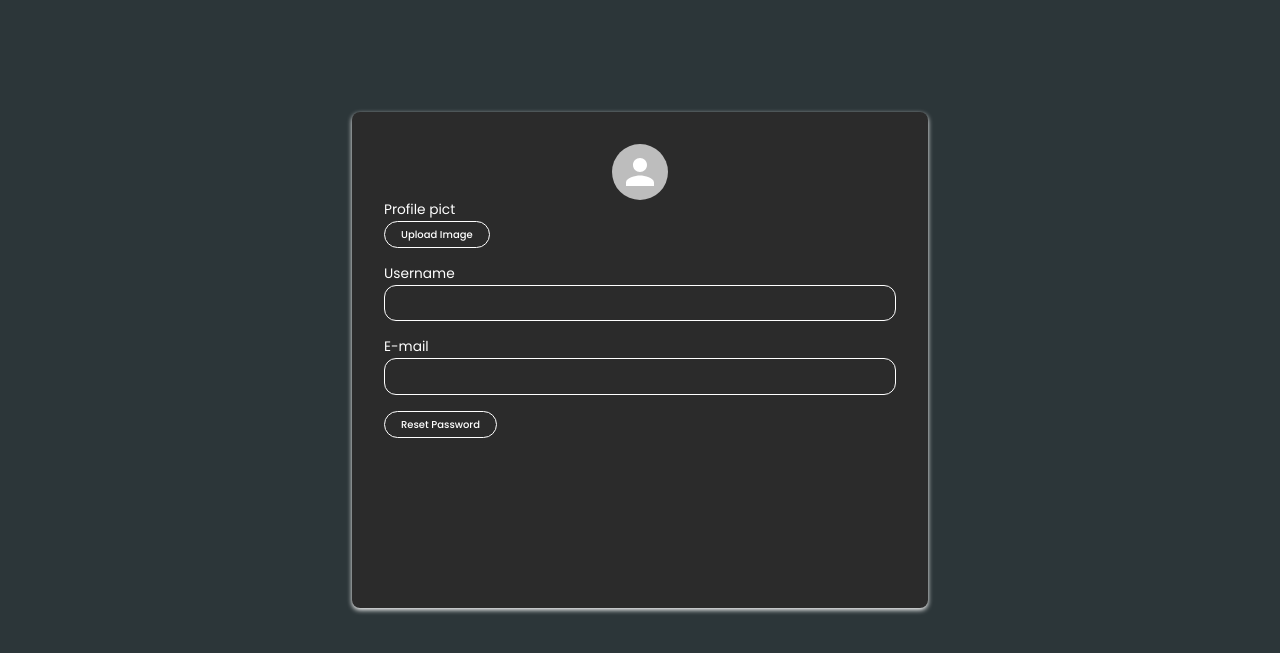
Repository: IzzaSuni/Izza-ToDo
Page: /publicNote/Private/profile
These files come from the project's save history. The page is drawn as it stood at one moment and after the next save; the edit follows.
The browser window is 1280 px wide. The pictures show the whole page.
Some web libraries are served in a nearby version. The project was rebuilt for these pictures with package versions that can differ from the ones it lists, and the page was loaded fresh each time. Also part of the build but not shown: src/App.css, src/services.js, src/components/List.js, src/components/Filter.js, src/components/ohayo.js, src/utils/Query.js, src/components/navbar.js, src/components/MainPage.js and 4 more.

Above is the page before, as saved 2022-08-23 22:53:40.

### public/index.html
<!DOCTYPE html>
<html lang="en">
  <head>
    <meta charset="utf-8" />
    <link rel="icon" href="%PUBLIC_URL%/AKU.svg" />
    <meta name="viewport" content="width=device-width, initial-scale=1" />
    <meta name="theme-color" content="#000000" />
    <meta name="description" />
    <link rel="apple-touch-icon" href="%PUBLIC_URL%/logo192.png" />
    <script src="https://kit.fontawesome.com/a076d05399.js" crossorigin="anonymous"></script>
    <!--
      manifest.json provides metadata used when your web app is installed on a
      user's mobile device or desktop. See https://developers.google.com/web/fundamentals/web-app-manifest/
    -->
    <link rel="manifest" href="%PUBLIC_URL%/manifest.json" />
    <!--
      Notice the use of %PUBLIC_URL% in the tags above.
      It will be replaced with the URL of the `public` folder during the build.
      Only files inside the `public` folder can be referenced from the HTML.

      Unlike "/favicon.ico" or "favicon.ico", "%PUBLIC_URL%/favicon.ico" will
      work correctly both with client-side routing and a non-root public URL.
      Learn how to configure a non-root public URL by running `npm run build`.
    -->
    <title>My Notes</title>
  </head>
  <body>
    <noscript>You need to enable JavaScript to run this app.</noscript>
    <div id="root"></div>
    <!--
      This HTML file is a template.
      If you open it directly in the browser, you will see an empty page.

      You can add webfonts, meta tags, or analytics to this file.
      The build step will place the bundled scripts into the <body> tag.

      To begin the development, run `npm start` or `yarn start`.
      To create a production bundle, use `npm run build` or `yarn build`.
    -->
  </body>
</html>

### src/index.js
import React from "react";
import ReactDOM from "react-dom/client";
import "./index.css";
import App from "./App";
import reportWebVitals from "./reportWebVitals";
import { ThemeProvider } from "@mui/material";
import Theme from "./utils/Theme";
const root = ReactDOM.createRoot(document.getElementById("root"));
root.render(
  <ThemeProvider theme={Theme}>
    <React.StrictMode>
      <App />
    </React.StrictMode>
  </ThemeProvider>
);

// If you want to start measuring performance in your app, pass a function
// to log results (for example: reportWebVitals(console.log))
// or send to an analytics endpoint. Learn more: https://bit.ly/CRA-vitals
reportWebVitals();

### src/index.css
@import url("https://fonts.googleapis.com/css2?family=Poppins:ital,wght@0,100;0,200;0,300;0,400;0,500;0,600;0,700;0,800;0,900;1,100;1,200;1,300;1,400;1,500;1,600;1,700;1,800;1,900&display=swap");
body {
  margin: 0;
  font-family: "Poppins", -apple-system, BlinkMacSystemFont, "Segoe UI",
    "Roboto", "Oxygen", "Ubuntu", "Cantarell", "Fira Sans", "Droid Sans",
    "Helvetica Neue", sans-serif;
  -webkit-font-smoothing: antialiased;
  -moz-osx-font-smoothing: grayscale;
  font-smooth: antialiased;
  box-sizing: border-box;
  background-color: #2c3639;
}
button[type="button"] {
  font-size: 10px;
}
svg {
  font-size: 16px !important;
}
code {
  font-family: source-code-pro, Menlo, Monaco, Consolas, "Courier New",
    monospace;
}
#cok:focus-within {
  box-shadow: 0px 1px 0px rgba(0, 0, 0, 0.555);
  transition: all 0.2s;
}
#cok,
#edit {
  box-shadow: 0px;
  transition: all 0.6s;
}
input {
  color: white !important;
  font-family: poppins;
}
textarea {
  color: white !important;
  font-family: poppins;
}
input:-webkit-autofill,
input:-webkit-autofill:hover,
input:-webkit-autofill:focus,
input:-webkit-autofill:active {
  -webkit-box-shadow: 0 0 0 30px #e7f6f2 inset !important;
  box-shadow: 0 0 0 30px #e7f6f2 inset !important;
}
input:disabled {
  -webkit-text-fill-color: black !important;
}
textarea:disabled {
  -webkit-text-fill-color: black !important;
}
#edit:focus-visible {
  box-shadow: 0px 1px 0px rgba(0, 0, 0, 0.555);
  transition: all 0.2s;
}
input#searchBar {
  padding: 4px 8px;
}

.grid {
  display: grid;
  gap: 10px;
  grid-template-columns: repeat(auto-fill, minmax(120px, 1fr));
  grid-template-rows: masonry;
}

.my-masonry-grid {
  display: -webkit-box; /* Not needed if autoprefixing */
  display: -ms-flexbox; /* Not needed if autoprefixing */
  display: flex;
  width: auto;
}
.my-masonry-grid_column {
  /* padding-left: 5px; gutter size */
  background-clip: padding-box;
}

/* Style your items */
.my-masonry-grid_column > div {
  /* change div to reference your elements you put in <Masonry> */
  margin-bottom: 10px;
}

::-webkit-scrollbar {
  width: 6px;
  height: 2px;
}

::-webkit-scrollbar-track {
  box-shadow: inset 0 0 10px transparent;
  border-radius: 10px;
}

/* Handle */
::-webkit-scrollbar-thumb {
  border: 2px solid rgba(0, 0, 0, 0);
  background-clip: padding-box;
  border-radius: 10px;
  background-color: #303030;
}

.shadow {
  box-shadow: 0px 2px 5px white;
}
.MuiPopover-paper {
  background: #2b2b2b !important;
  box-shadow: 0px 2px 5px white !important;
}
#buttonUpload ~ div {
  display: none;
}
#halo:hover::after {
  color: white;
  z-index: 10;
  position: absolute;
  background-color: rgba(0, 0, 0, 0.466);
  height: 100%;
  width: 100%;
  display: flex;
  justify-content: center;
  align-items: center;
  font-family: "Font Awesome 5 Free";
  content: "\f304";
  vertical-align: middle;
  font-weight: 900;
}

/* responsive=============================================================================== */
#mainContainer {
  display: block;
  height: 100vh;
}
@media (max-width: 900px) {
  #mainForm {
    display: none;
  }
  #ohayoSmall {
    text-align: center;
    position: sticky;
    width: 100vw;
  }
  #ohayoBig {
    display: none;
  }

  #listForm {
    width: 100%;
  }
  #buttonAddNotes {
    position: sticky;
    bottom: 0;
    width: 100vw;
    height: 52px !important;
    text-align: center;
    border-radius: 16px 16px 0 0;
  }
}
@media (min-width: 900px) {
  #buttonAddNotes {
    display: none;
  }
  #mainContainer {
    display: block;
  }
  #ohayoSmall {
    display: none;
  }
}

#loginButton:hover {
  background: transparent !important;
}

### src/App.js
import "./App.css";
import Layout from "./components/Layout";
import MainPage from "./components/MainPage";
import { BrowserRouter as Router, Switch, Route } from "react-router-dom";
import Login from "./components/Login";
import CreateAccount from "./components/CreateAccount";
import MainPageLoged from "./components/MainPageLoged";
import Profile from "./components/Profile";

function App({}) {
  return (
    <div className="App">
      <Router>
        <Switch>
          <Route exact path="/publicNote">
            <Layout>
              <MainPage />
            </Layout>
          </Route>
          <Route path={"/login"}>
            <Layout>
              <Login />
            </Layout>
          </Route>
          <Route path={"/signUp"}>
            <Layout>
              <CreateAccount />
            </Layout>
          </Route>
          <Route exact path={"/publicNote/Private"}>
            <Layout>
              <MainPageLoged />
            </Layout>
          </Route>
          <Route exact path={"/publicNote/Private/profile"}>
            <Layout>
              <Profile />
            </Layout>
          </Route>
          <Route path="*">
            <main style={{ padding: "1rem" }}>
              <p>There's nothing here!</p>
            </main>
          </Route>
        </Switch>
      </Router>
    </div>
  );
}

export default App;

### src/utils/Theme.js
import { green } from "@mui/material/colors";
import { createTheme, ThemeProvider } from "@mui/material/styles";

export const background = "#FCE7E7";
export const Black = "#303030";
export const Green = "#E7F634";
export const Disable = "#97A8A8";

export const Screensize = {
  mobile: 0,
  tablet: 900,
  laptop: 1350,
  desktop: 1700,
};

export const colors = {
  background,
  Black,
  Green,
  Disable,
};
export const theme = createTheme({
  breakpoints: {
    values: {
      mobile: 0,
      tablet: 900,
      laptop: 1350,
      desktop: 1700,
    },
  },
  typography: {
    fontFamily: "Poppins",
    fontSize: 12,
    allVariants: {
      color: "white ",
    },
  },
  components: {
    MuiButton: {
      styleOverrides: {
        root: {
          textTransform: "none",
          fontFamily: "Poppins !important",
        },
      },
    },
  },
});

export default theme;

### src/components/Layout.js
import { Box } from "@mui/material";

const Layout = ({ children }) => {
  return (
    <Box
      height={"100vh"}
      width={`calc("100vw - 32px")`}
      display={"flex"}
      alignItems={"center "}
    >
      {children}
    </Box>
  );
};
export default Layout;

### src/components/Profile.js
import IsLogin from "../utils/isLogin";
import { makeStyles } from "@mui/styles";
import { Avatar, Box, Typography } from "@mui/material";
import Input from "./Input";
import { useState } from "react";
import { uploadImages } from "../services";

const useStyles = makeStyles({
  card: {
    height: "60vh",
    width: "40vw",
    background: "#2B2B2B",
    borderRadius: "8px",
    padding: "32px",
  },
  container: {
    height: "100vh",
    width: "100vw",
    display: "flex",
    justifyContent: "center",
    alignItems: "center",
  },
});

export default function Profile() {
  let objectURL;
  const [image, setImage] = useState();
  const { user, signed } = IsLogin();
  const classes = useStyles();

  const onChangeFile = (e) => {
    if (objectURL) {
      URL.revokeObjectURL(objectURL);
    }
    const file = e.target.files[0];
    objectURL = URL.createObjectURL(file);
    console.log(file);
    uploadImages({ images: file });
    return setImage(objectURL);
  };


  return (
    <>
      <Box className={classes.container}>
        <Box className={`${classes.card} shadow`}>
          <Box display="inline-flex" width='100%' justifyContent={'center'}>
            <div onClick={() => document.getElementById("uploadImg").click()}>
              <Avatar id="halo" sx={{ width: '56px', height: '56px' }} src={image ? image : user.picture}></Avatar>

            </div>
          </Box>
          <Box>
            <Box pb={2}>
              <Typography>Profile pict</Typography>
              <label htmlFor="uploadImg">
                <Input
                  type={"buttonCustom"}
                  id="buttonUpload"
                >
                  Upload Image
                </Input>
                <Input
                  id={"uploadImg"}
                  type="file"
                  inputType={"file"}
                  hdlChange={onChangeFile}
                />
              </label>
            </Box>
            <Box></Box>
            <Box pb={2}>
              <Typography>Username</Typography>
              <Input type="email" defVal={user.user} isdisabled={true} />
            </Box>
            <Typography>E-mail</Typography>
            <Input type="email" defVal={user.email} isdisabled />
            <Box pt={2}>
              <Input type="buttonCustom">Reset Password</Input>
            </Box>
          </Box>
        </Box>
      </Box>
    </>
  );
}

### src/components/Input.js
import { makeStyles } from "@mui/styles";
import {
  Box,
  Button,
  FormControl,
  InputAdornment,
  InputBase,
  InputLabel,
  MenuItem,
  Select,
  TextField,
  Typography,
} from "@mui/material";
//icons
import EditIcon from "@mui/icons-material/Edit";
import DeleteIcon from "@mui/icons-material/Delete";
import ClearIcon from "@mui/icons-material/Clear";
import DoneIcon from "@mui/icons-material/Done";
import { useState } from "react";
import { LoadingButton } from "@mui/lab";

const useStyles = makeStyles({
  paper: {
    height: "100%",
    width: "20%",
    background: "#E7F6F2 !important",
    borderRadius: "16px",
    overflow: "auto",
  },
  paperList: {
    height: "100%",
    width: "80%",
    flexWrap: "wrap",
    background: "#CEE5D0 !important",
    overflow: "auto",
  },
  Button: {
    "&.MuiButton-root": {
      textTransform: "none !important",
      color: "white",
      background: "transparent ",
      borderRadius: "32px",
      border: "1px solid white",
      padding: "4px 16px",
      "&:hover": {
        background: "#693737",
        color: "white ",
      },
      "&:active": {
        background: "#693737",
        color: "white ",
      },
      "& .MuiLoadingButton-loadingIndicator": {
        color: "white !important",
      },
      "&.Mui-disabled": {
        color: "rgba(255, 255, 255, 0.541)",
      },
    },
  },
  TextField: {
    "&:hover fieldset": {
      borderColor: "#100F0F !important",
      color: "white",
    },
    "& label.Mui-focused": {
      color: "white",
    },
    "& fieldset": {
      borderColor: "white !important",
    },
    "&.Mui-focused fieldset": {
      borderColor: "white !important",
    },
    "& .MuiOutlinedInput-root": {
      borderRadius: "12px !important",
      color: "white",
    },
  },
  TextFields: {
    "& .MuiInputBase-input": {
      padding: "0px !important",
      borderBottom: "1px white dashed !important",
      width: "100%",
    },
  },
  login: {
    "&:hover fieldset": {
      borderColor: "white !important",
    },
    "& label.Mui-focused": {
      color: "black",
    },
    "& fieldset": {
      borderColor: "white !important",
    },
    "&.Mui-focused fieldset": {
      borderColor: "white !important",
    },
    "& .MuiOutlinedInput-root": {
      borderRadius: "12px !important",
    },
  },
  form: {
    justifytitle: "space-between",
    width: ` 100% `,
    marginTop: "32px",
  },
  editForm: { width: "100%", display: "flex", padding: "0px 8px" },
  smallBox: {
    height: "10px",
    width: "10px",
    marginRight: "32px",
    borderRadius: "16px",
    paddingLeft: "16px",
    border: "1px dashed black",
  },
  Menu: {
    "&.MuiMenu-list": {
      background: "#2B2B2B",
      borderRadius: "12px",
      padding: "16px",
      width: "250px",
    },
    "& .MuiMenuItem-root": {
      padding: "0px",
    },
  },
});

export default function Input({
  type,
  hdlChange,
  children,
  defVal,
  hdlEdit,
  onClickBtn,
  className,
  label,
  inputType,
  loading,
  maxchar,
  isdisabled,
  icon,
  id,
}) {
  const [anchorEl, setAnchorEl] = useState(null);

  const renderButton = ({ value, type }) => {
    return type === "delete" ? (
      value.isedit ? (
        <>
          <DoneIcon />
        </>
      ) : (
        <>
          <DeleteIcon />
        </>
      )
    ) : value.isedit ? (
      <>
        <ClearIcon sx={{ ml: 1 }} />
      </>
    ) : (
      <>
        <EditIcon sx={{ ml: 1 }} />
      </>
    );
  };

  const classes = useStyles();
  const renderInput = () => {
    switch (type) {
      case "text":
        return (
          <TextField
            size={"small"}
            label={"Title"}
            placeholder="Type the title here"
            className={classes.TextField}
            required
            inputProps={{ maxLength: "20" }}
            sx={{ width: "100%", marginBottom: 3 }}
          />
        );
      case "email":
        return (
          <TextField
            size={"small"}
            defaultValue={defVal}
            id={id}
            label={label}
            placeholder={label}
            className={classes.login}
            type={inputType}
            inputProps={{ maxLength: maxchar }}
            InputProps={icon}
            disabled={isdisabled}
            sx={{
              width: "100%",
              marginBottom: 3,
              "&.MuiFormControl-root": {
                marginBottom: 0,
              },
              "& .Mui-focused": {
                color: "white !important",
              },
              "& .Mui-disabled": {
                WebkitTextFillColor: "rgb(255 255 255 / 40%) !important",
              },
            }}
            onChange={hdlChange}
          />
        );

      case "file":
        return (
          <TextField
            size={"small"}
            defaultValue={defVal}
            id={id}
            label={label}
            placeholder={label}
            className={classes.login}
            type={inputType}
            inputProps={{ accept: "image/*" }}
            InputProps={icon}
            disabled={isdisabled}
            sx={{
              width: "100%",
              marginBottom: 3,
              "&.MuiFormControl-root": {
                marginBottom: 0,
              },
              "& .Mui-focused": {
                color: "white !important",
              },
              "& .Mui-disabled": {
                WebkitTextFillColor: "rgb(255 255 255 / 40%) !important",
              },
            }}
            onChange={hdlChange}
          />
        );

      case "multiline":
        return (
          <TextField
            label={"Description"}
            size={"medium"}
            placeholder="Type the description here"
            className={classes.TextField}
            multiline
            sx={{ width: "100%", marginBottom: 3, borderRadius: 12 }}
          />
        );
      case "select":
        return (
          <FormControl
            fullWidth
            className={`${classes.TextField} `}
            sx={{
              marginBottom: "24px",
            }}
            id="kontol"
          >
            <InputLabel id="catLabel">Select Category</InputLabel>
            <Select
              id="catuu"
              label="Select Category"
              onChange={hdlChange}
              defaultChecked={false}
              required
              className={`${classes.Menu}`}
            >
              <MenuItem value={"Reminder"} disabled>
                Select a category
              </MenuItem>
              <MenuItem value={"Work"}>Work</MenuItem>
              <MenuItem value={"To do"}>To do</MenuItem>
              <MenuItem value={"Money"}>Money</MenuItem>
              <MenuItem value={"Reminder"}>Reminder</MenuItem>
              <MenuItem value={"Assignment"}>Task</MenuItem>
              <MenuItem value={"Study"}>Study</MenuItem>
            </Select>
          </FormControl>
        );

      case "button":
        return (
          <Button
            disableRipple
            type="submit"
            variant="contained"
            className={classes.Button}
            sx={className}
            id={id}
          >
            {children}
          </Button>
        );
      case "buttonLoading":
        return (
          <LoadingButton
            disableRipple
            type="submit"
            variant="contained"
            loading={loading}
            className={classes.Button}
            sx={className}
            disabled={isdisabled}
            loadingPosition="end"
          >
            {children}
          </LoadingButton>
        );
      case "buttonCustom":
        return (
          <Button
            disableRipple
            type="button"
            onClick={onClickBtn}
            className={`${classes.Button}`}
            id={id}
            style={className}
          >
            {children}
          </Button>
        );

      case "editTitle":
        return (
          <InputBase
            defaultValue={defVal.title}
            onChange={hdlEdit}
            className={classes.TextFields}
            disabled={defVal.isedit === true ? false : true}
            sx={{
              fontSize: "16px !important",
            }}
          />
        );
      case "editDesc":
        return (
          <InputBase
            sx={{
              width: "100%",
              padding: "0px !important",
              mt: 2,
              lineHeight: "18px",
            }}
            defaultValue={defVal.desc}
            onChange={hdlEdit}
            className={classes.TextFields}
            disabled={defVal.isedit === true ? false : true}
            multiline
          />
        );
      case "divider":
        return (
          <Box
            height={"1px"}
            width="100%"
            bgcolor={"#CEE5D0"}
            mx={2}
            variant="middle"
            alignSelf={"center "}
          />
        );
      default:
        break;
    }
  };
  return renderInput();
}

### src/utils/isLogin.js
import jwtDecode from "jwt-decode";
import Cookies from "universal-cookie";


const IsLogin = () => {
  const secret = process.env.REACT_APP_SECRET_TOKEN;
  const cookies = new Cookies();
  const bearer = cookies.get("akikToken");

  const signed = bearer ? jwtDecode(bearer).aud === secret : false;
  const user = bearer
    ? {
        user: jwtDecode(bearer).name,
        email: jwtDecode(bearer).email,
        isVerifiedEmail: jwtDecode(bearer).email_verified,
        userId: jwtDecode(bearer).user_id,
        picture: jwtDecode(bearer).picture,
      }
    : {};

  return { signed, user };
};

export default IsLogin;

Loaded but not shown: src/reportWebVitals.js (common file)

After the next save:
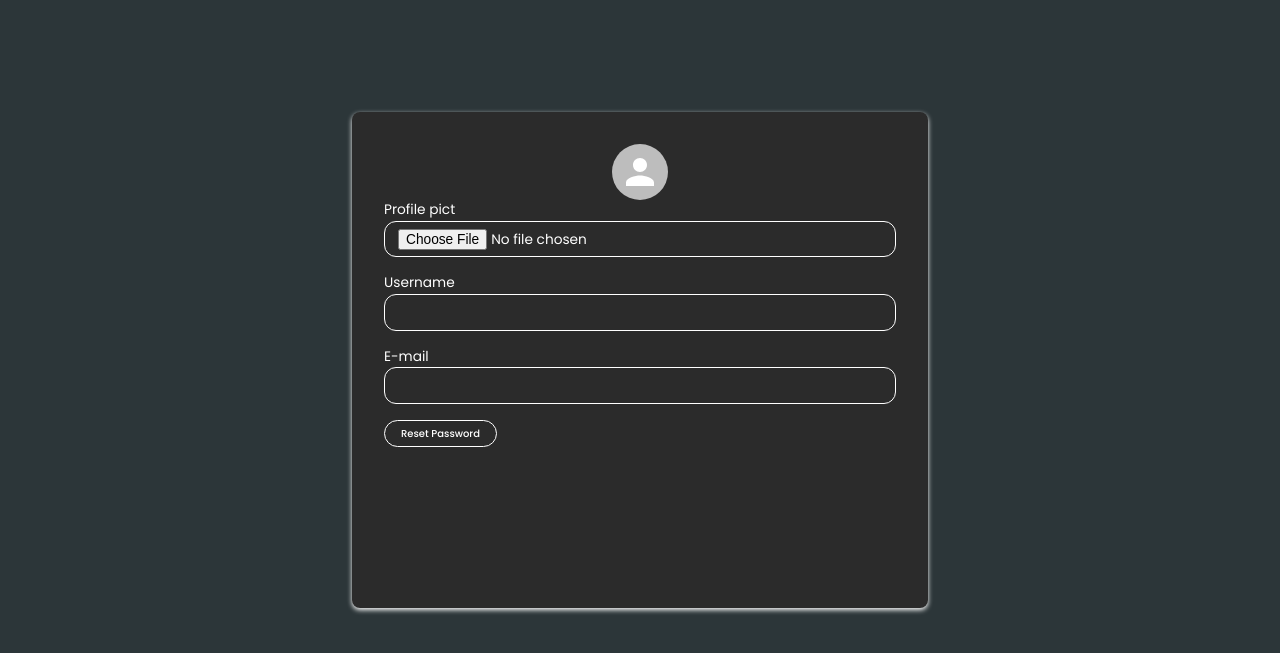
Saved 24 s later.
--- a/src/components/Profile.js
+++ b/src/components/Profile.js
@@ -55,12 +55,6 @@ export default function Profile() {
               <Typography>Profile pict</Typography>
               <label htmlFor="uploadImg">
                 <Input
-                  type={"buttonCustom"}
-                  id="buttonUpload"
-                >
-                  Upload Image
-                </Input>
-                <Input
                   id={"uploadImg"}
                   type="file"
                   inputType={"file"}
